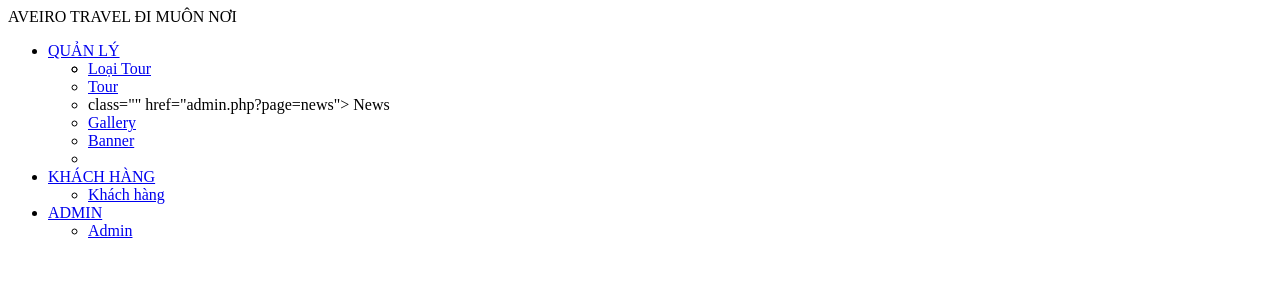
Repository: tuan842001/demo
Page: http://localhost/admin/component/navbar.php
These files come from the project's save history. The page is drawn as it stood at one moment and after a run of saves; the edit follows.
The browser window is 1280 px wide. The pictures show the whole page.
The page is run by PHP 8.4 with error messages shown; the project is at /var/www/html/.

Above is the page before, as saved 2021-11-07 14:45:58.

### admin/component/navbar.php
<!-- Begin Side Navbar -->
<nav class="side-navbar box-scroll sidebar-scroll">
  <span class="heading">AVEIRO TRAVEL ĐI MUÔN NƠI</span>
  <ul class="list-unstyled">

    <li>
      <a
        href="#dropdown-forms"
        aria-expanded="true"
        data-toggle="collapse"
      >
        <i class="la la-list-alt"></i>
        <span>QUẢN LÝ</span>
      </a>
      <ul
        id="dropdown-forms"
        class="collapse list-unstyled show pt-0"
      >
        <li
          class="p-0 "
          style='height: 0px !important; border: 0'
          <?php
            if(isset($_GET['page'])) {$page=$_GET['page'];}
            else {$page = 'home';}
          ?>
        >
          <a class="active" href="admin.php?page=home"></a>
        </li>
        <li>
          <a
            class="<?php if($page == 'loai-tour') echo 'active'?>"
            href="admin.php?page=loai-tour"
          >
            Loại Tour
          </a>
        </li>

        <li>
          <a
            class="<?php if($page == 'tour') echo 'active' ?>"
            href="admin.php?page=tour"> Tour
          </a>
        </li>

        <li>
          <a
            <i class='fa-solid fa-newspaper'></i>
            class="<?php if($page == 'news') echo 'active' ?>"
            href="admin.php?page=news"> News
          </a>
        </li>

        <li>
          <a
            class="<?php if($page == 'gallery') echo 'active' ?>"
            href="admin.php?page=gallery"> Gallery
          </a>
        </li>

        <li>
          <a
            class="<?php if($page == 'banner') echo 'active' ?>"
            href="admin.php?page=banner"> Banner
          </a>
        </li>
        <li>

        </li>
      </ul>
    </li>
    <li>
      <a
        href="#dropdown-forms"
        aria-expanded="true"
        data-toggle="collapse">
        <i class="la la-list-alt"></i>
        <span>KHÁCH HÀNG</span>
      </a>
      <ul
        id="dropdown-forms"
        class="collapse list-unstyled show pt-0">
        <li>
          <a
            class="<?php if($page == 'khach-hang') echo 'active' ?>"
            href="admin.php?page=khach-hang">Khách hàng
          </a>
        </li>
      </ul>
    </li>
    <li>
      <a
        href="#dropdown-forms"
        aria-expanded="true"
        data-toggle="collapse">
        <i class="la la-list-alt"></i>
        <span>ADMIN</span>
      </a>
      <ul
        id="dropdown-forms"
        class="collapse list-unstyled show pt-0">
        <li>
          <a
            class="<?php if($page == 'profile') echo 'active' ?>"
            href="admin.php?page=profile">Admin
          </a>
        </li>
      </ul>
    </li>
  </ul>
</nav>

After the next 2 saves:
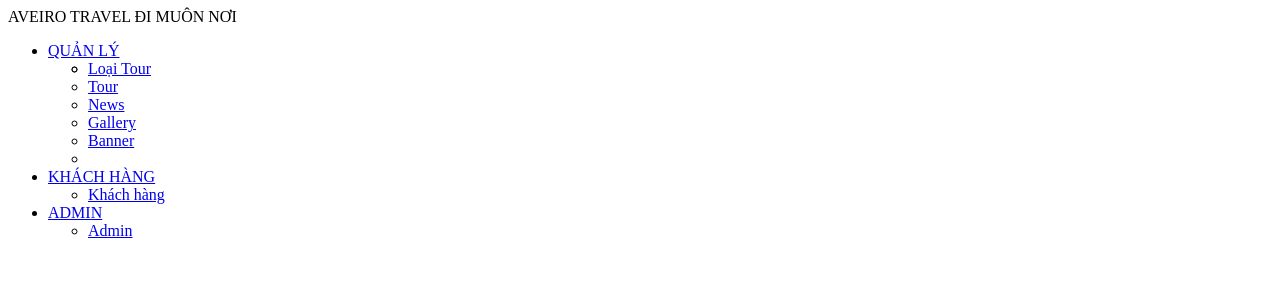
The 2 saves are shown as one change because they came seconds apart.
The last was saved 35 s later.
--- a/admin/component/navbar.php
+++ b/admin/component/navbar.php
@@ -44,9 +44,10 @@
 
         <li>
           <a
+            class="<?php if($page == 'news') echo 'active' ?>"
+            href="admin.php?page=news">
             <i class='fa-solid fa-newspaper'></i>
-            class="<?php if($page == 'news') echo 'active' ?>"
-            href="admin.php?page=news"> News
+            News
           </a>
         </li>
 
